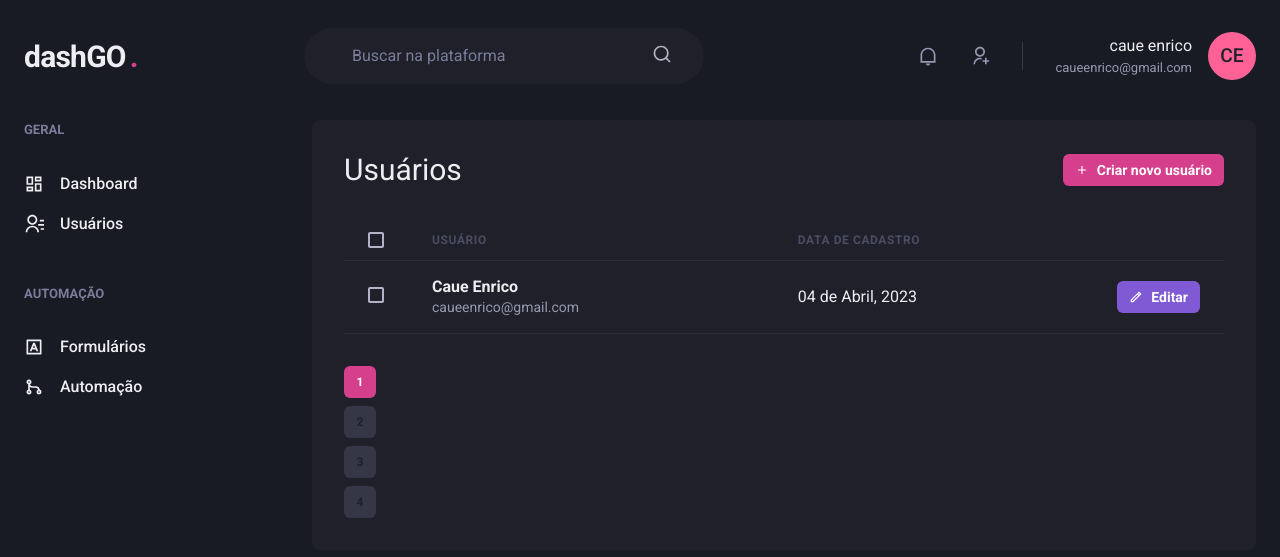
Repository: caueenrico/DashGO
Page: /user
The author's editor kept a copy of each file at every save. The page is drawn from the files as they stood at one save, then again after a run of saves.
The browser window is 1280 px wide. The pictures show the whole page.
The project was rebuilt for these pictures with package versions that can differ from the ones it lists, and the page was loaded fresh each time. The framework's server and built-in components were replaced by stand-ins that run in the browser. Also part of the build but not shown: next.config.js.

Above is the page before, as saved 2023-03-15 11:29:25.

### src/pages/_app.tsx
import { theme } from '@/styles/theme'
import { ChakraProvider } from '@chakra-ui/react'
import type { AppProps } from 'next/app'

export default function App({ Component, pageProps }: AppProps) {
  return (
    <ChakraProvider theme={theme}>
      <Component {...pageProps} />
    </ChakraProvider>

  )
}

### src/pages/_document.tsx
import { Html, Head, Main, NextScript } from 'next/document'

export default function Document() {
  return (
    <Html lang="en">
      <Head>
        <link rel="preconnect" href="https://fonts.googleapis.com"/>
        <link rel="preconnect" href="https://fonts.gstatic.com" />
        <link href="https://fonts.googleapis.com/css2?family=Roboto:wght@400;500;700&display=swap" rel="stylesheet"/>
      </Head>
      <body>
        <Main />
        <NextScript />
      </body>
    </Html>
  )
}

### src/pages/user/index.tsx
import { Header } from "@/components/Header";
import { Pagination } from "@/components/Pagination";
import { SideBar } from "@/components/SideBar";
import { Box, Button, Checkbox, Flex, Heading, Icon, Table, Tbody, Td, Text, Th, Thead, Tr } from "@chakra-ui/react";
import { RiAddLine, RiPencilLine } from "react-icons/ri";

export default function UserList() {
  return (
    <Box>
      <Header/>

      <Flex w="100%" my="6" maxWidth={1480} mx="auto" px="6" >

        <SideBar />

        <Box flex="1" borderRadius={8} bg="gray.800" p="8">
          <Flex mb="8" justify="space-between" align="center">
            <Heading size="lg" fontWeight="normal">Usuários</Heading>

            <Button as="a" size="sm" fontSize="sm" colorScheme="pink" leftIcon={<Icon as={RiAddLine}/>} >
              Criar novo usuário
            </Button>
          </Flex>

          <Table colorScheme="whiteAlpha">

            <Thead>

              <Tr>
                <Th px="6" color="gray.300" w="8" >
                  <Checkbox colorScheme="pink"/>
                </Th>
                <Th>Usuário</Th>
                <Th>Data de cadastro</Th>
                <Th w="8" ></Th>
              </Tr>

            </Thead>

            <Tbody>
              <Tr>

                <Td>
                  <Checkbox colorScheme="pink"/>
                </Td>

                <Td>
                  <Box>
                    <Text fontWeight="bold">Caue Enrico</Text>
                    <Text fontSize="sm" color="gray.300">
                      caueenrico@gmail.com
                    </Text>
                  </Box>
                </Td>

                <Td>04 de Abril, 2023</Td>

                <Td>
                  <Button as="a" size="sm" fontSize="sm" colorScheme="purple" leftIcon={<Icon as={RiPencilLine}/>} >
                    Editar
                  </Button>
                </Td>

              </Tr>
            </Tbody>
          </Table>

          <Pagination />
        </Box>
      </Flex>
    </Box>
  )
}

### src/components/Header.tsx
import { Flex, Input, Text, Icon, HStack, Box, Avatar } from "@chakra-ui/react";
import {
  RiSearchLine,
  RiNotificationLine,
  RiUserAddLine,
} from "react-icons/ri";

export function Header() {
  return (
    <Flex
      as="header"
      w="100%"
      maxWidth={1480}
      h="20"
      mx="auto"
      mt="4"
      px="6"
      align="center"
    >
      <Text
        fontSize="3xl"
        fontWeight="bold"
        letterSpacing="tight" //para deixar a letra mais apertada
        w="64"
      >
        dashGO
        <Text as="span" ml="1" color="pink.500">
          .
        </Text>
      </Text>

      <Flex
        as="label"
        flex="1"
        py="4"
        px="8"
        ml="6"
        maxWidth={400}
        alignSelf="center"
        color="gray.200"
        position="relative"
        bg="gray.800"
        borderRadius="full"
      >
        <Input
          color="gray.50"
          variant="unstyled"
          px="4"
          mr="4"
          placeholder="Buscar na plataforma"
          _placeholder={{ color: "gray.400" }}
        />

        <Icon as={RiSearchLine} fontSize="20" />
        {/* tive que fazer isso acima, por uma recomendação do chakra, entao no caso Icon vem do chakra e o RiSearchLine vem do react-icons */}
      </Flex>

      <Flex align="center" ml="auto">
        <HStack
          spacing="8"
          mx="8"
          pr="8"
          py="1"
          color="gray.300"
          borderRightWidth={1}
          borderColor="gray.700"
        >
          <Icon as={RiNotificationLine} fontSize="20" />
          <Icon as={RiUserAddLine} fontSize="20" />
        </HStack>
      </Flex>

      <Flex align="center">

        <Box mr="4" textAlign="right">
          <Text>caue enrico</Text>
          <Text color="gray.300" fontSize="small">
            caueenrico@gmail.com
          </Text>
        </Box>
        <Avatar size="md" name="Caue Enrico" />

      </Flex>
    </Flex>
  );
}

### src/components/Pagination.tsx
import { Button, Stack } from "@chakra-ui/react";

export function Pagination (){
  return (
    <Stack
      direction="row"
      mt="8"
      justify="space-between"
      align="center"
      spacing="6"
    >

      <Stack>
      <Button
        size="sm"
        fontSize="xs"
        width="4"
        colorScheme="pink"
        disabled
        _disabled={{
          bgColor: 'pink.500',
          cursor: 'default'
        }}
      >
        1
      </Button>

      <Button
        size="sm"
        fontSize="xs"
        width="4"
        bgColor="gray.700"
        _hover={{
          bgColor: 'gray.500'
        }}

      >
        2
      </Button>

      <Button
        size="sm"
        fontSize="xs"
        width="4"
        bgColor="gray.700"
        _hover={{
          bgColor: 'gray.500'
        }}

      >
        3
      </Button>

      <Button
        size="sm"
        fontSize="xs"
        width="4"
        bgColor="gray.700"
        _hover={{
          bgColor: 'gray.500'
        }}

      >
        4
      </Button>
      </Stack>

    </Stack>
  )
}

### src/components/SideBar.tsx
import { Box, Link, Stack, Text, Icon } from "@chakra-ui/react";
import { RiDashboardLine, RiContactsLine, RiInputMethodLine, RiGitMergeLine } from "react-icons/ri";

export function SideBar() {
  return (
    <Box as="aside" w="64" mr="8">
      <Stack spacing="12" align="flex-start" >
        <Box>
          <Text fontWeight="bold" color="gray.400" fontSize="small">GERAL</Text>
          <Stack spacing="4" mt="8" align="stretch" >
            <Link display="flex" alignItems="center" >
              <Icon as={RiDashboardLine} fontSize="20" />
              <Text ml="4" fontWeight="medium" >Dashboard</Text>
            </Link>
            <Link display="flex" alignItems="center" >
              <Icon as={RiContactsLine} fontSize="20" />
              <Text ml="4" fontWeight="medium" >Usuários</Text>
            </Link>
          </Stack>
        </Box>

        <Box>
          <Text fontWeight="bold" color="gray.400" fontSize="small">AUTOMAÇÃO</Text>
          <Stack spacing="4" mt="8" align="stretch" >
            <Link display="flex" alignItems="center" >
              <Icon as={RiInputMethodLine} fontSize="20" />
              <Text ml="4" fontWeight="medium">Formulários</Text>
            </Link>
            <Link display="flex" alignItems="center" >
              <Icon as={RiGitMergeLine} fontSize="20" />
              <Text ml="4" fontWeight="medium">Automação</Text>
            </Link>
          </Stack>
        </Box>
      </Stack>

    </Box>
  )
}

Loaded but not shown: src/styles/theme.ts (common file)

After the next 8 saves:
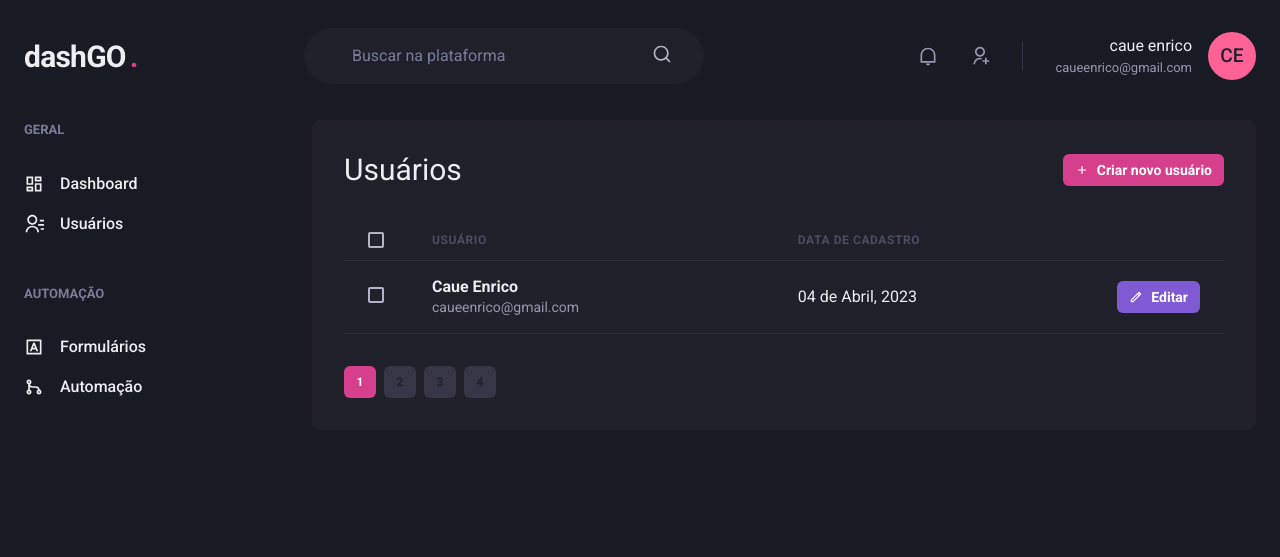
The 8 saves are shown as one change because 1 did not build or start and some came seconds apart.
The last was saved 32 s later.
--- a/src/components/Pagination.tsx
+++ b/src/components/Pagination.tsx
@@ -10,7 +10,7 @@ export function Pagination (){
       spacing="6"
     >
 
-      <Stack>
+      <Stack direction="row"  spacing="2">
       <Button
         size="sm"
         fontSize="xs"
